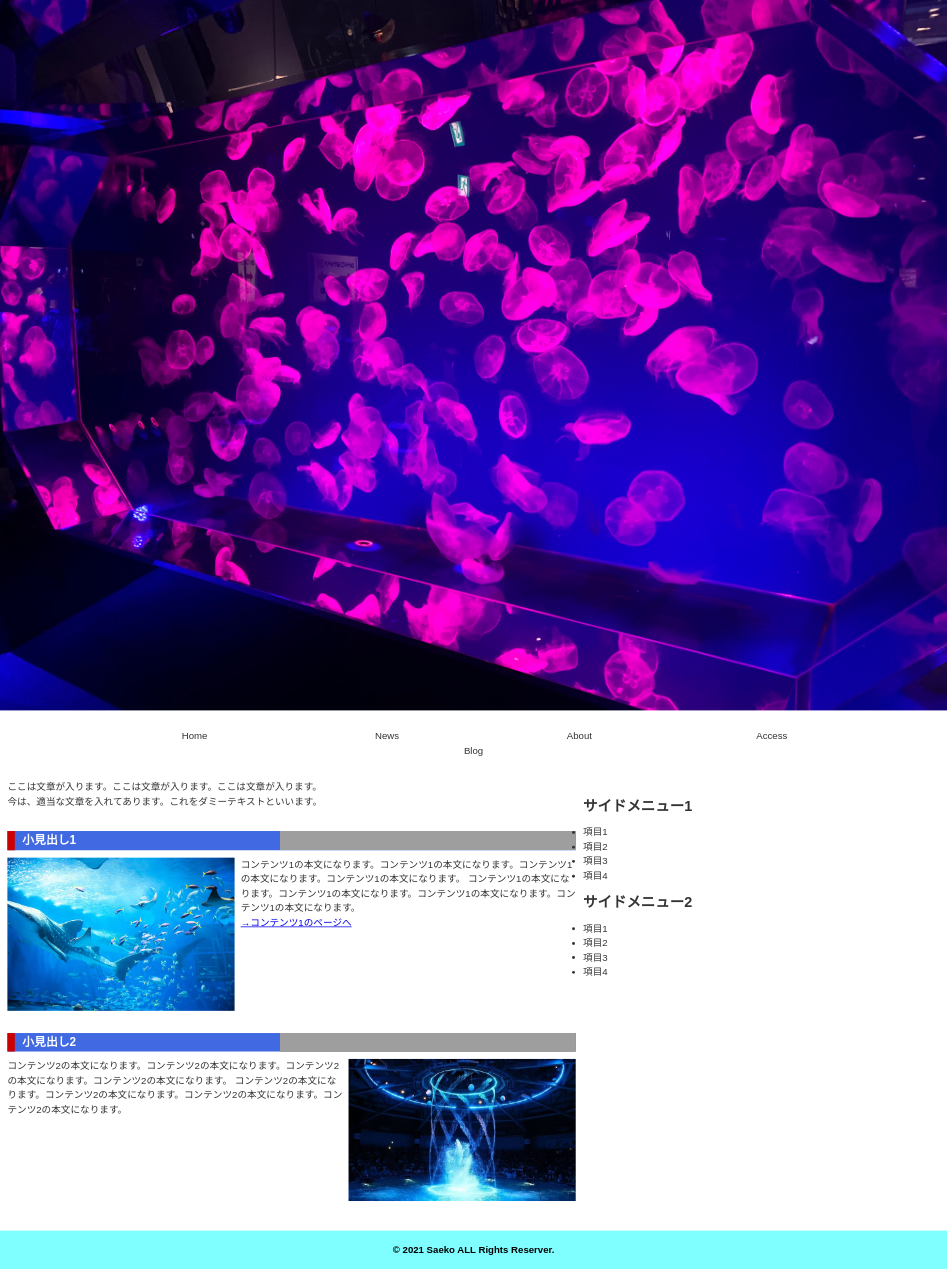
Repository: mizoguhi/mizoguhi
Page: test/saeko.html
The author's editor kept a record of every edit. The page is drawn from the files as they stood at one moment, then again after the next edit.
The browser window is 1280 px wide. The pictures show the whole page, at 74% of full size.
Pictures or frames that could not be fetched are drawn as grey boxes.

Above is the page before.

After the next edit:
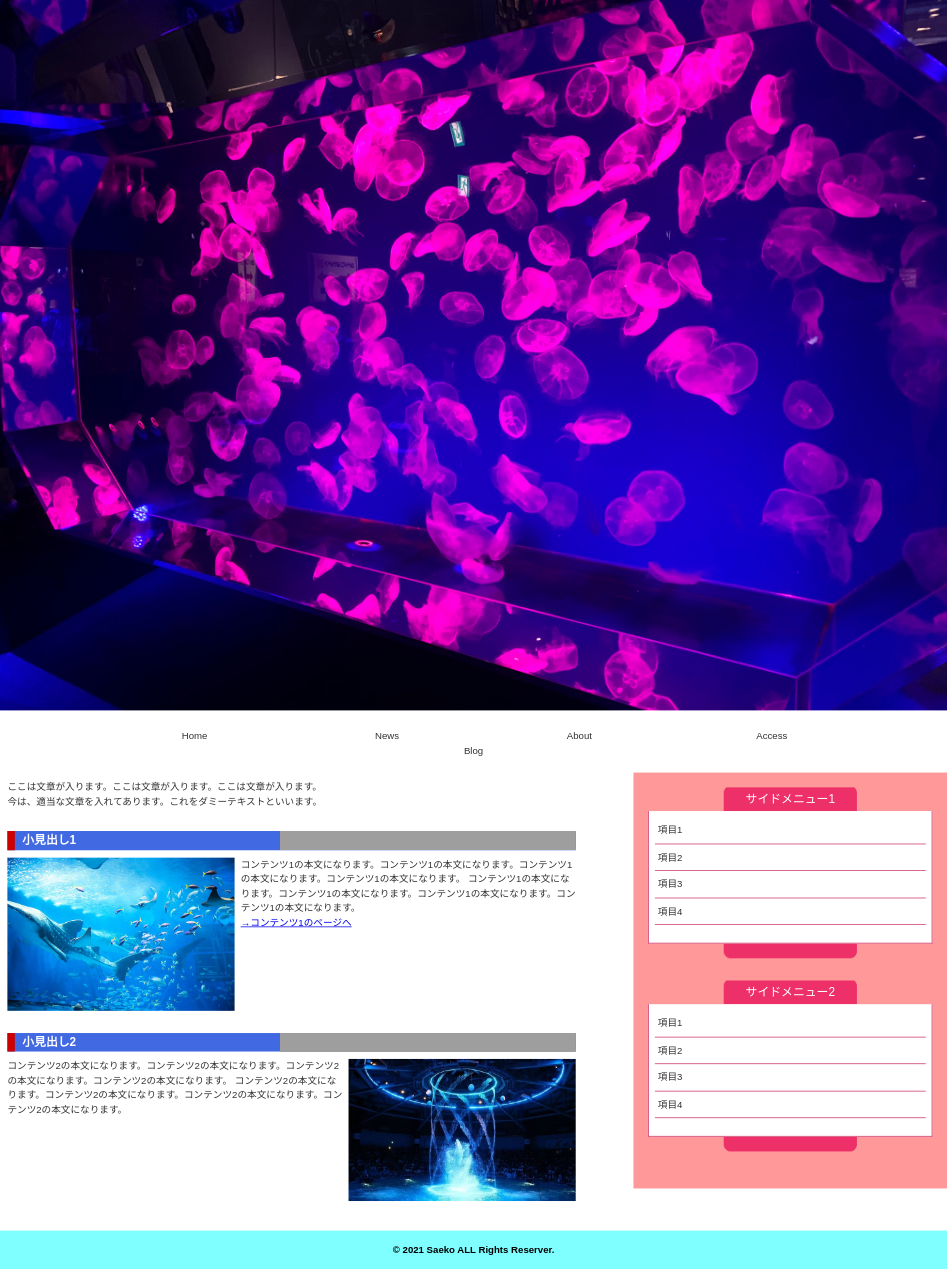
The edit:
--- a/test/stylesheet.css
+++ b/test/stylesheet.css
@@ -117,3 +117,40 @@
 	 display: block;
 	 clear: both;
  }
+  #side {
+ 	 float: right;
+ 	 width: 30%;
+ 	 padding: 20px;
+ 	 background-color: #F99;
+ }
+ #side .box {
+ 	 margin: 0 auto 30px auto;
+ 	 padding: 0 0 20px 0;
+ 	 background: url(images/side_box.png) bottom no-repeat;
+ }
+ #side .box h2 {
+ 	 margin: 0;
+ 	 padding: 8px;
+ 	 text-align: center;
+ 	 color: #fff;
+ 	 font-size: 16px;
+ 	 line-height: 16px;
+ 	 font-weight: normal;
+ 	 background: url(images/side_box_h2.png) center no-repeat;
+ }
+ #side .box .boxBody {
+ 	 padding: 8px;
+ 	 border-right: solid 1px #C36;
+ 	 border-bottom: solid 1px #C36;
+ 	 border-left: solid 1px #C36;
+ 	 background: #fff;
+ }
+ #side .box .boxBody ul {
+ 	 margin: 0 0 16px 0;
+ 	 padding: 0;
+ }
+ #side .box .boxBody ul li {
+ 	 padding: 8px 0 8px 4px;
+ 	 list-style: none;
+ 	 border-bottom: solid 1px #C36;
+ }
